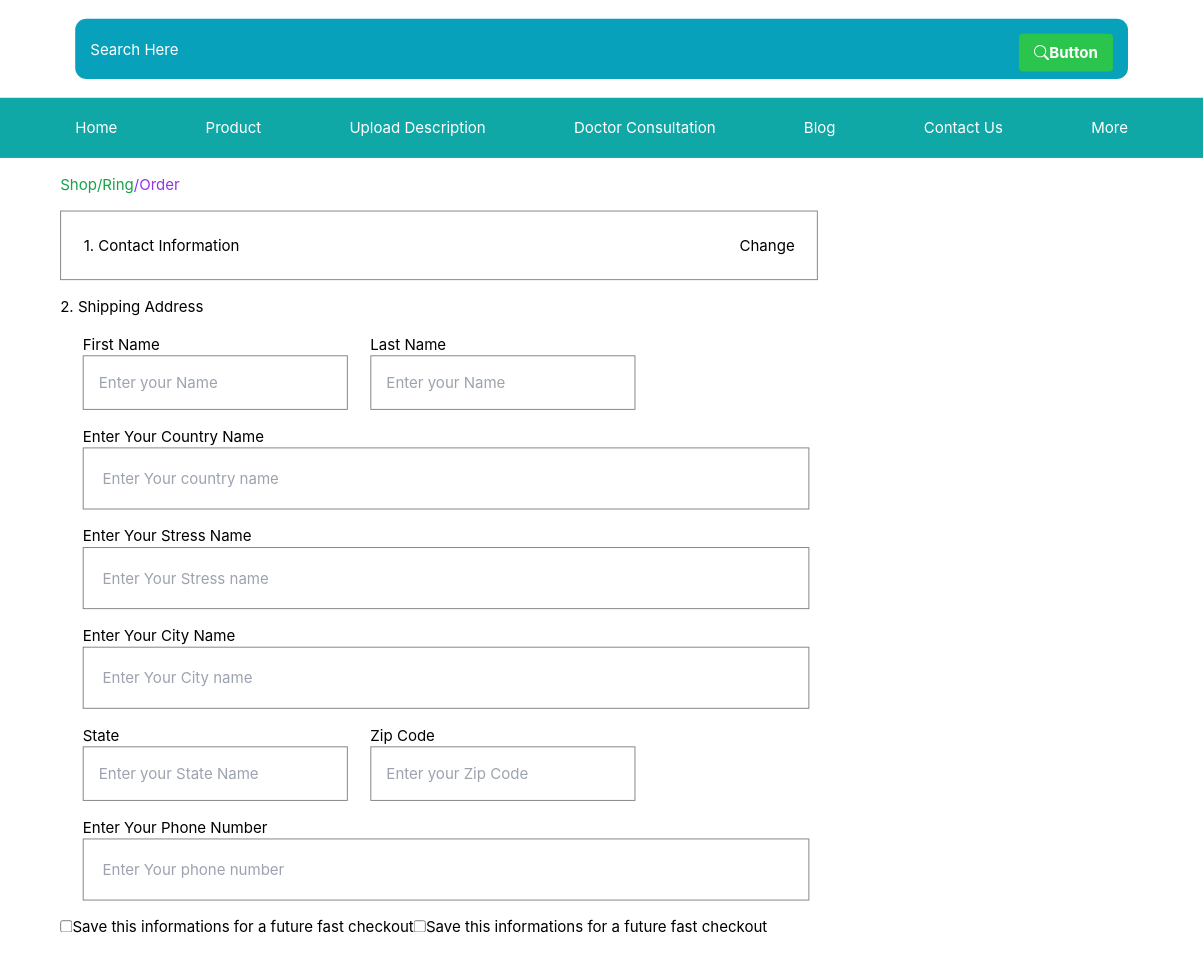
Repository: arafatmollah/form-pharma
Page: /
These files come from the project's save history. The page is drawn as it stood at one moment and after a run of saves; the edit follows.
The browser window is 1280 px wide. The pictures show the whole page, at 94% of full size.
The project was rebuilt for these pictures with package versions that can differ from the ones it lists, and the page was loaded fresh each time.

Above is the page before, as saved 2023-03-15 00:02:34.

After the next 2 saves:
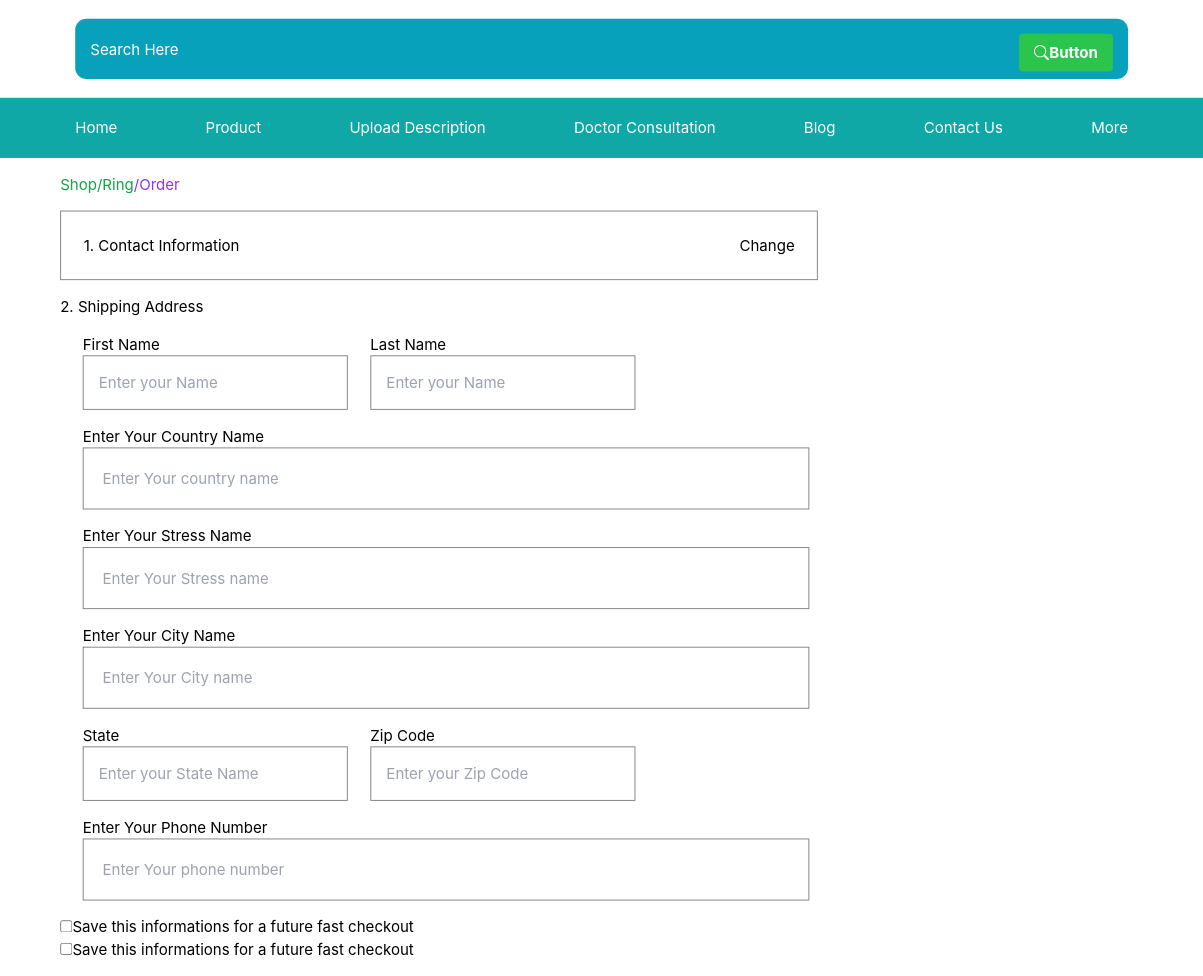
The 2 saves are shown as one change because they came seconds apart.
The last was saved 15 s later.
--- a/src/Form.js
+++ b/src/Form.js
@@ -55,7 +55,7 @@ function form() {
                </div>
                <div>
                 <input type="checkbox"></input>
-                <label>Save this informations for a future fast checkout</label>
+                <label>Save this informations for a future fast checkout</label><br></br>
                 <input type="checkbox"></input>
                 <label>Save this informations for a future fast checkout</label>
                </div>
